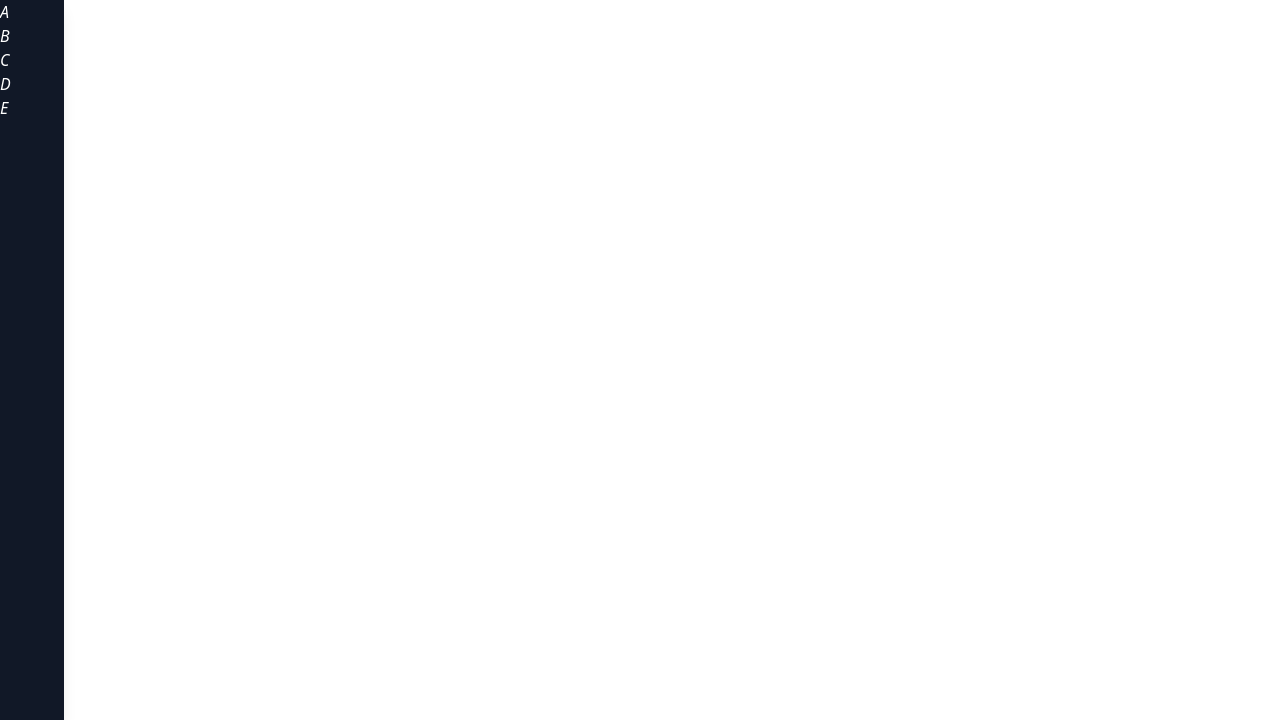
Repository: therealcyberlord/personal-portfolio
Page: /
An editor plug-in stored every save of this project. The page is shown before and after the next save, followed by the edit.
The browser window is 1280 px wide. The pictures show the whole page.
The project was rebuilt for these pictures with package versions that can differ from the ones it lists, and the page was loaded fresh each time. Also part of the build but not shown: vite.config.ts.

Above is the page before, as saved 2023-07-22 15:22:30.

### src/App.tsx
import SideBar from "./SideBar";
function App() {
  return (
    <div className="flex">
      <SideBar />
    </div>
  );
}

export default App;

### src/SideBar.tsx
import React from "react";

const SideBar: React.FC = () => {
  return (
    <div className="fixed top-0 left-0 h-screen w-16 flex flex-col bg-gray-900 text-white shadow-lg">
      <i>A</i>
      <i>B</i>
      <i>C</i>
      <i>D</i>
      <i>E</i>
    </div>
  );
};

export default SideBar;

### tailwind.config.js
/** @type {import('tailwindcss').Config} */
export default {
  content: ["./index.html", "./src/**/*.{js,ts,jsx,tsx}"],
  theme: {
    extend: {
      colors: {
        primary: "#202225",
        secondary: "#5865f2",
      },
    },
  },
  plugins: [],
};

Loaded but not shown: src/main.tsx (common file); src/index.css (common file)

After the next save:
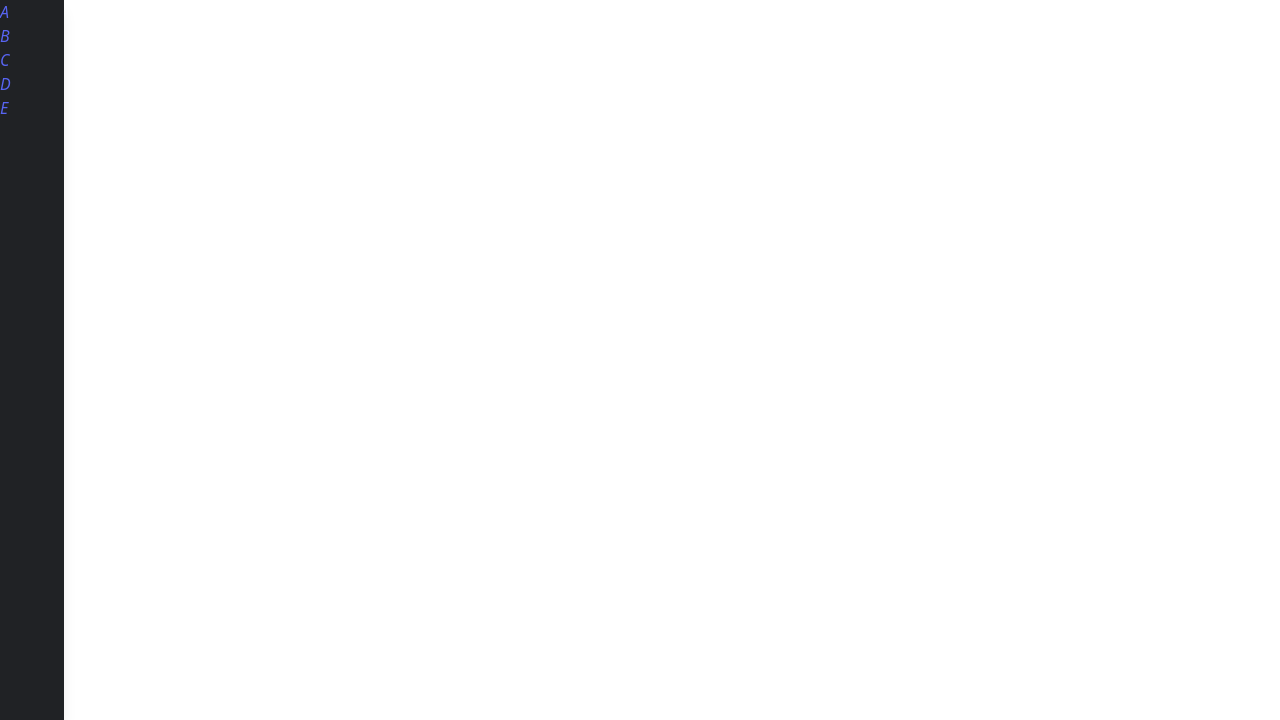
Saved 51 s later.
--- a/src/SideBar.tsx
+++ b/src/SideBar.tsx
@@ -2,7 +2,7 @@
 
 const SideBar: React.FC = () => {
   return (
-    <div className="fixed top-0 left-0 h-screen w-16 flex flex-col bg-gray-900 text-white shadow-lg">
+    <div className="fixed top-0 left-0 h-screen w-16 flex flex-col bg-primary text-secondary shadow-lg">
       <i>A</i>
       <i>B</i>
       <i>C</i>
